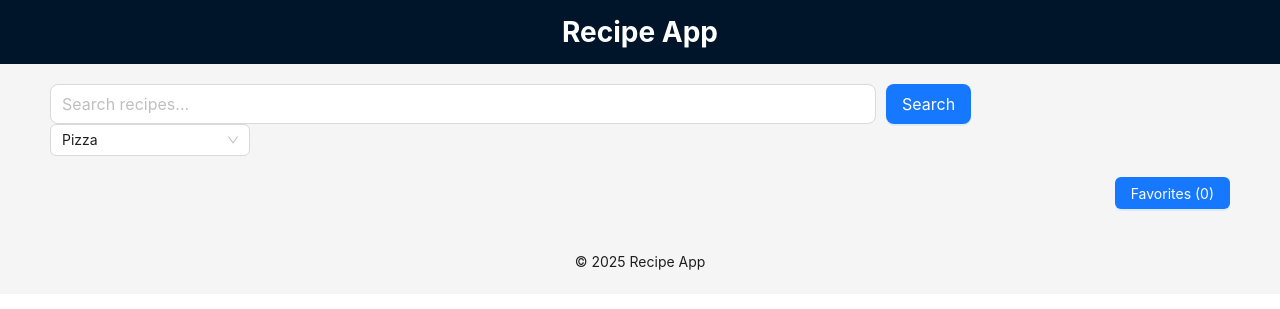
Repository: LearnTek-In-Private-Limited/recipie-era-premier
Page: /
An editor plug-in stored every save of this project. The page is shown before and after a run of saves, followed by the edit.
The browser window is 1280 px wide. The pictures show the whole page.
The page's requests for data from a server got no answer. The project was rebuilt for these pictures with package versions that can differ from the ones it lists, and the page was loaded fresh each time. No one was signed in, and anything a server would have sent is missing.

Above is the page before, as saved 2025-01-25 19:39:27.

After the next 2 saves:
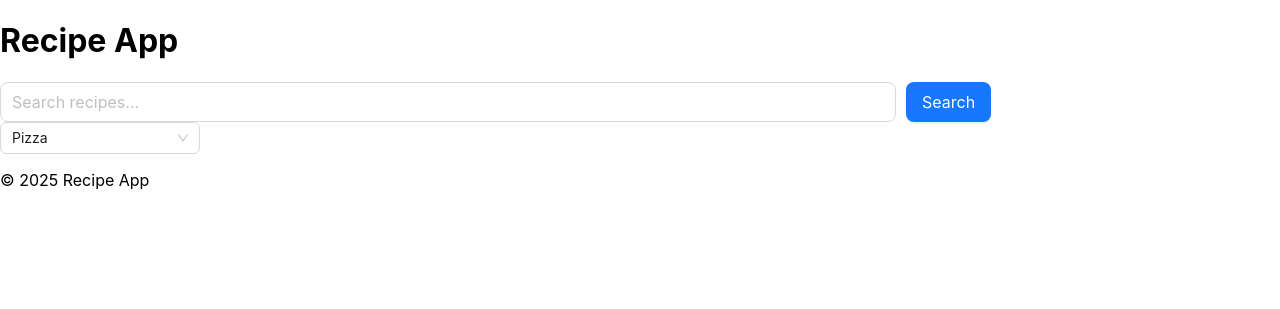
The 2 saves are shown as one change because they came seconds apart.
The last was saved 12 s later.
--- a/src/App.js
+++ b/src/App.js
@@ -3,40 +3,40 @@ import { Provider } from 'react-redux';
 import store from './redux/store';
 import RecipeList from './components/RecipeList';
 import SearchBar from './components/SearchBar';
-import FilterBar from './components/FilterOptions';
-import FavoritesButton from './components/FavoritesButton';
-import { Layout, Row, Col } from 'antd';
-
-const { Header, Content, Footer } = Layout;
+import FavoritesList from './components/FavoritesList';
+import FilterOptions from './components/FilterOptions';
 
 function App() {
   return (
     <Provider store={store}>
-      <Layout>
-        <Header style={{ backgroundColor: '#001529', color: 'white', textAlign: 'center' }}>
-          <h1 style={{ color: 'white', margin: 0 }}>Recipe App</h1>
-        </Header>
-        <Content style={{ padding: '20px 50px' }}>
-          <Row gutter={[16, 16]}>
-            {/* Filters and Search Bar */}
-            <Col span={24}>
+      <div className="container">
+        <header className="bg-primary text-white text-center py-3">
+          <h1>Recipe App</h1>
+        </header>
+        <main className="py-4">
+          <div className="row mb-4">
+            {/* Filters and Search */}
+            <div className="col-12">
               <SearchBar />
-              <FilterBar />
-            </Col>
-          </Row>
+              <FilterOptions />
+            </div>
+          </div>
+          <div className="row">
+            {/* Recipe List */}
+            <div className="col-md-8">
+              <RecipeList />
+            </div>
 
-          <Row gutter={[16, 16]}>
-            {/* Recipe List */}
-            <Col span={24}>
-              <RecipeList />
-            </Col>
-          </Row>
-
-          {/* Favorites Button */}
-          <FavoritesButton />
-        </Content>
-        <Footer style={{ textAlign: 'center' }}>© 2025 Recipe App</Footer>
-      </Layout>
+            {/* Favorites */}
+            <div className="col-md-4">
+              <FavoritesList />
+            </div>
+          </div>
+        </main>
+        <footer className="text-center py-3">
+          <p>&copy; 2025 Recipe App</p>
+        </footer>
+      </div>
     </Provider>
   );
 }
